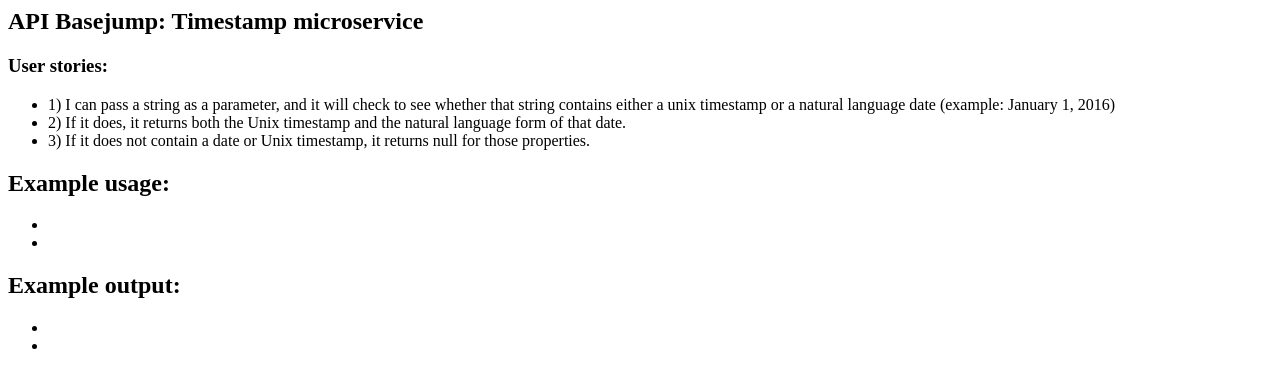
Repository: jocarosa/test
Page: public/index.html
The author's editor kept a record of every edit. The page is drawn from the files as they stood at one moment, then again after the next edit.
The browser window is 1280 px wide. The pictures show the whole page.

Above is the page before.

### public/index.html
<html>
      <head>
        <title>Time Stamp Micro Service</title>
        <link rel="stylesheet" type="text/css" href="css/style.css"/>
      </head>
      <body>
        <h2>API Basejump: Timestamp microservice</h2>

        <h3>User stories:</h3>
        <ul>
          <li>1) I can pass a string as a parameter, and it will check to see whether that string contains either a unix timestamp or a natural language date (example: January 1, 2016)</li>
          <li>2) If it does, it returns both the Unix timestamp and the natural language form of that date.</li>
          <li>3) If it does not contain a date or Unix timestamp, it returns null for those properties.</li>
        </ul>

        <h2>Example usage:</h2>
        <ul>
          <li>
          </li>
          <li>
          </li>
        </ul>

        <h2>Example output:</h2>
        <ul>
          <li>
          </li>
          <li>
          </li>
        </ul>

      </body>
</html>

### public/css/style.css
p {
    color: red}

After the next edit:
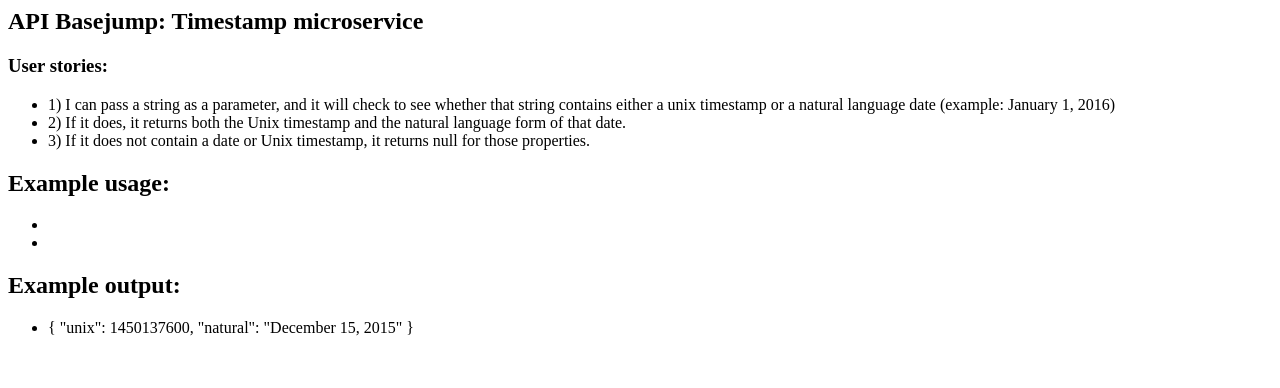
The edit:
--- a/public/index.html
+++ b/public/index.html
@@ -23,10 +23,8 @@
 
         <h2>Example output:</h2>
         <ul>
-          <li>
-          </li>
-          <li>
-          </li>
+          <li>{ "unix": 1450137600, "natural": "December 15, 2015" }</li>
+
         </ul>
 
       </body>
